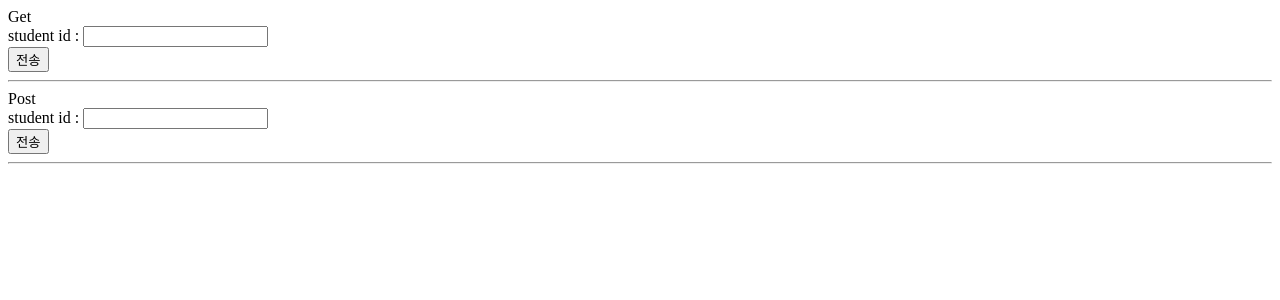
Repository: chanhooop/Spring
Page: http://localhost/Spring0501/index
An editor plug-in stored every save of this project. The page is shown before and after the next save, followed by the edit.
The browser window is 1280 px wide. The pictures show the whole page.
The page is served by Tomcat 9. Other server files are loaded and not shown.

Above is the page before, as saved 2021-06-30 02:29:37.

### Spring0501/src/main/webapp/WEB-INF/views/index.jsp
<%@ page language="java" contentType="text/html; charset=EUC-KR"
    pageEncoding="EUC-KR"%>
<!DOCTYPE html>
<html>
<head>
<meta charset="EUC-KR">
<title>Insert title here</title>
</head>
<body>

	Get<br>
	<form action = "student" method="get">

		student id : <input type="text" name="id"><br>
		<input type="submit" value="전송">
	</form>

	<hr>

	Post<br>
	<form action = "student" method="post">

		student id : <input type="text" name="id"><br>
		<input type="submit" value="전송">
	</form>


<hr>

</body>
</html>

After the next save:
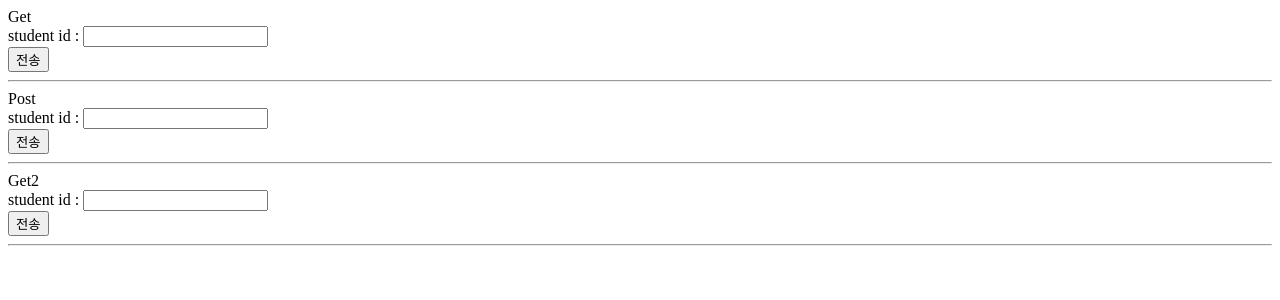
Saved 32 s later.
--- a/Spring0501/src/main/webapp/WEB-INF/views/index.jsp
+++ b/Spring0501/src/main/webapp/WEB-INF/views/index.jsp
@@ -27,5 +27,14 @@
 
 <hr>
 
+	Get2<br>
+	<form action = "studentGet" method="get">
+
+		student id : <input type="text" name="id"><br>
+		<input type="submit" value="전송">
+	</form>
+
+	<hr>
+
 </body>
 </html>
